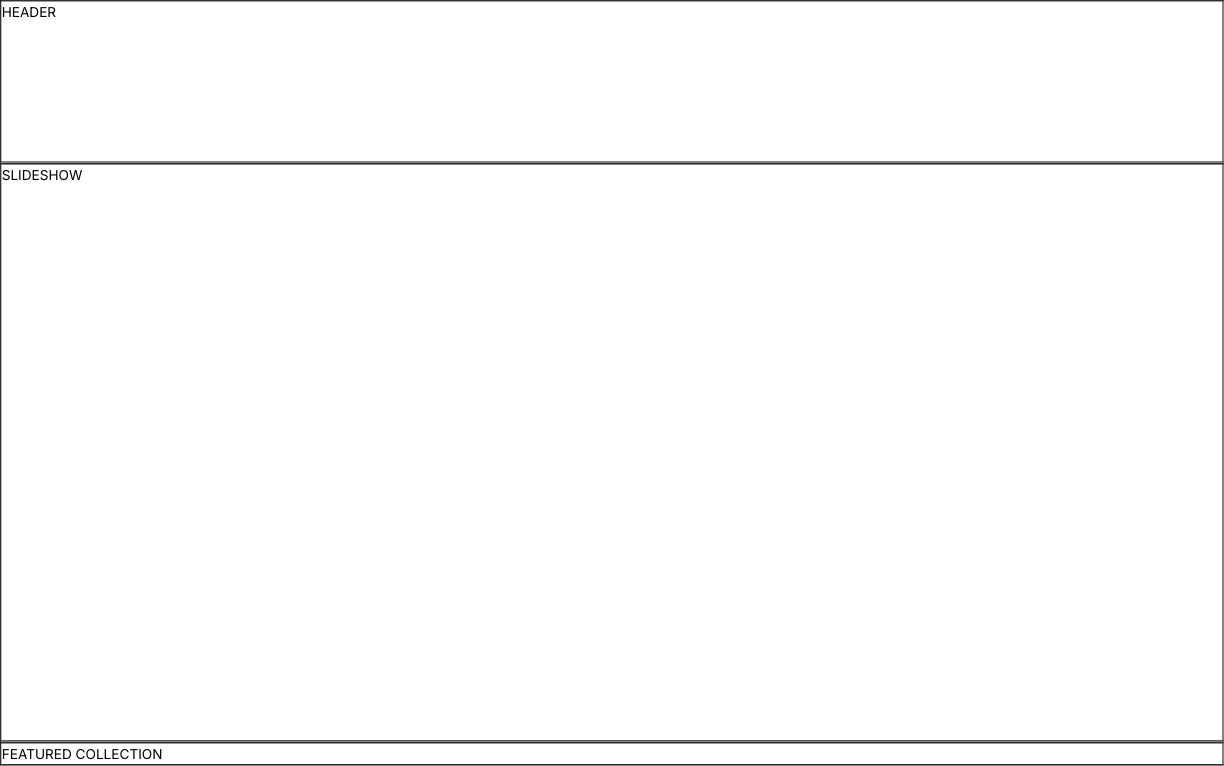
Repository: theophiloweb/landpage_disgital_store
Page: index.html
The author's editor kept a copy of each file at every save. The page is drawn from the files as they stood at one save, then again after the next save.
The browser window is 1280 px wide. The page is 1440 px wide, so the pictures cover 1440 px, including what lies to the right of the window. The pictures show the whole page, at 85% of full size.

Above is the page before, as saved 2025-04-23 09:04:52.

### index.html
<!DOCTYPE html>
<html lang="en">

<head>
    <meta charset="UTF-8">
    <meta name="viewport" content="width=device-width, initial-scale=1.0">
    <title>Document</title>
    <script src="https://cdn.jsdelivr.net/npm/@tailwindcss/browser@4"></script>
    <link rel="stylesheet" href="style.css">
    <link rel="shortcut icon" href="./images/logo.svg" type="image/x-icon">
</head>

<body>

    <!-- Container principal  -->
    <div class="container">

        <header>
            <p>HEADER</p>
        </header>
        <main>

            <aside>
                <section class="slideshow">
                    <p>SLIDESHOW</p>
                </section>

                <section class="featured_collection">
                    <p>FEATURED COLLECTION</p>
                    <div class="img_featured_collection">
                        <div class="img1"></div>
                        <div class="img2"></div>
                        <div class="img3"></div>
                    </div>

                </section>

            </aside>

        </main>
    </div>
</body>

</html>

### style.css
@import url('https://fonts.googleapis.com/css2?family=Inter:ital,opsz,wght@0,14..32,100..900;1,14..32,100..900&family=Oswald:wght@200..700&family=Roboto:ital,wght@0,100..900;1,100..900&display=swap');

:root{
    --color-dark: #1F1F1F;
    --dark-gray-1: #474747;
    --dark-gray-2: #666666;
    --light-gray-1:#8F8F8F;
    --light-gray-2: #CCCCCC;
    --light-gray-3: #F5F5F5;
    --white: #FFFFFF;
    --primary: #C92071;
    --secundary: #B5B6F2;
    --tTertiary: #991956;
    --error: #EE4266;
    --success: #52CA76;
    --warning: #F6AA1C;
    --primary-g: linear-gradient(top, #C92071 0%, #EDABCA 100%);
    --secondary-g: linear-gradient(top, #B5B6F2 0%, #EFEFFF 100%);
}

*{
    margin: 0;
    padding: 0;
    box-sizing: border-box;
    font-family: "Inter", sans-serif;
}

body{
    width: 100%;
    height: auto;
    display: grid;
    place-items: center;
    grid-template-columns: auto;
    grid-template-rows: auto;
}

.container{
    display: grid;
    grid-template-rows: 1fr;
    place-items: center;
    max-width: 1440px;

}

/* Header */
header{
    border: 2px groove var(--color-dark);
    width: 1440px;
    height: 192px;
}

/* Section Central Slideshow */
.slideshow{
    border: 2px groove var(--color-dark);
    width: 1440px;
    height: 681px;
}

/* Section Central featured_collection - Image */
.featured_collection{
    border: 2px groove var(--color-dark);
    max-width: 1440px;
}

.img_featured_collection{
    display: flex;
    gap: 10px;
}

.img_featured_collection .img1{
    width: 100%;
    height: 100%;
    border-radius: 8px;
    background-color: var(--dark-gray-1);
}

After the next save:
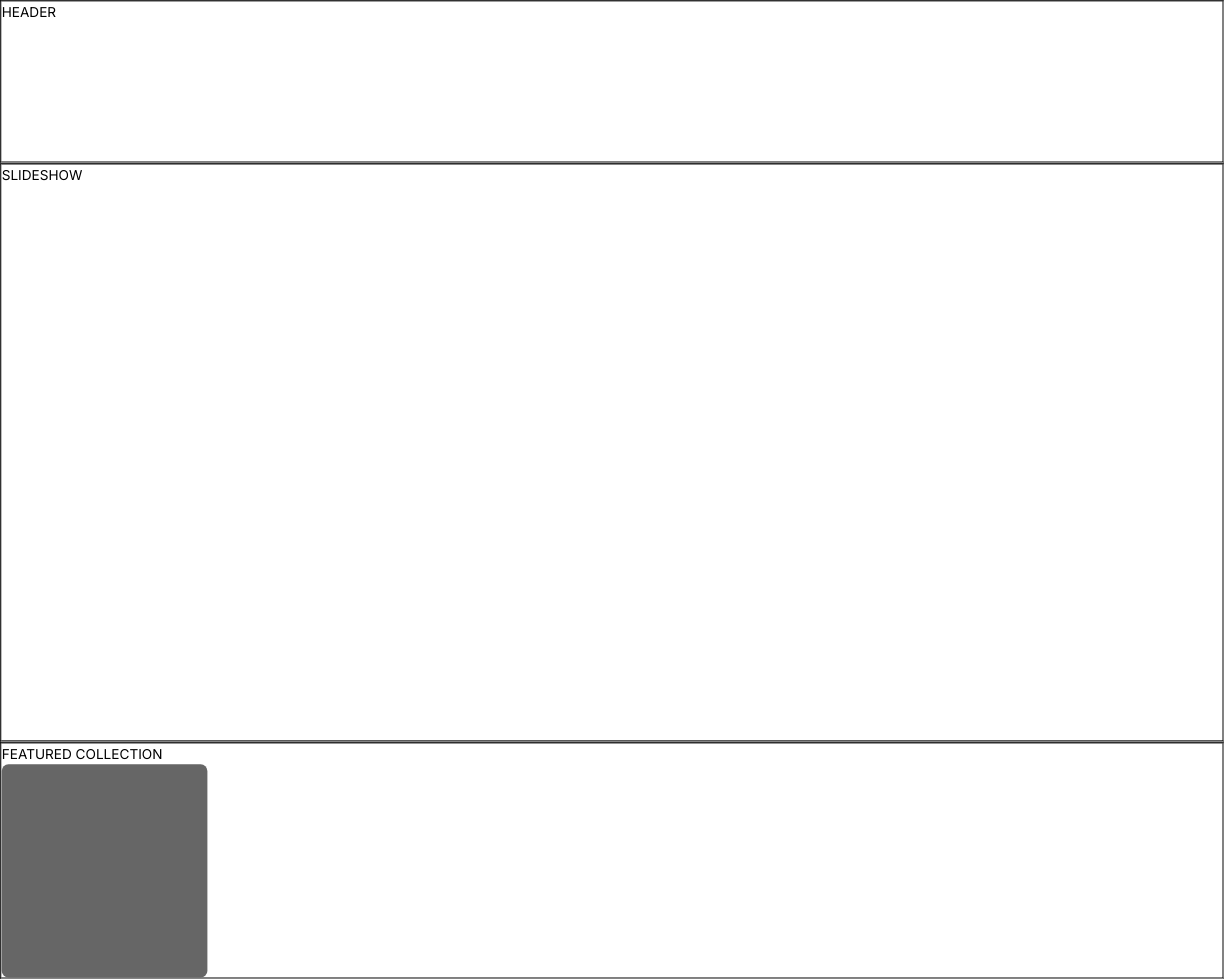
Saved 48 s later.
--- a/style.css
+++ b/style.css
@@ -68,8 +68,8 @@
 }
 
 .img_featured_collection .img1{
-    width: 100%;
-    height: 100%;
+    width: 242px;
+    height: 251px;
     border-radius: 8px;
-    background-color: var(--dark-gray-1);
+    background-color: var(--dark-gray-2);
 }

After the save that followed:
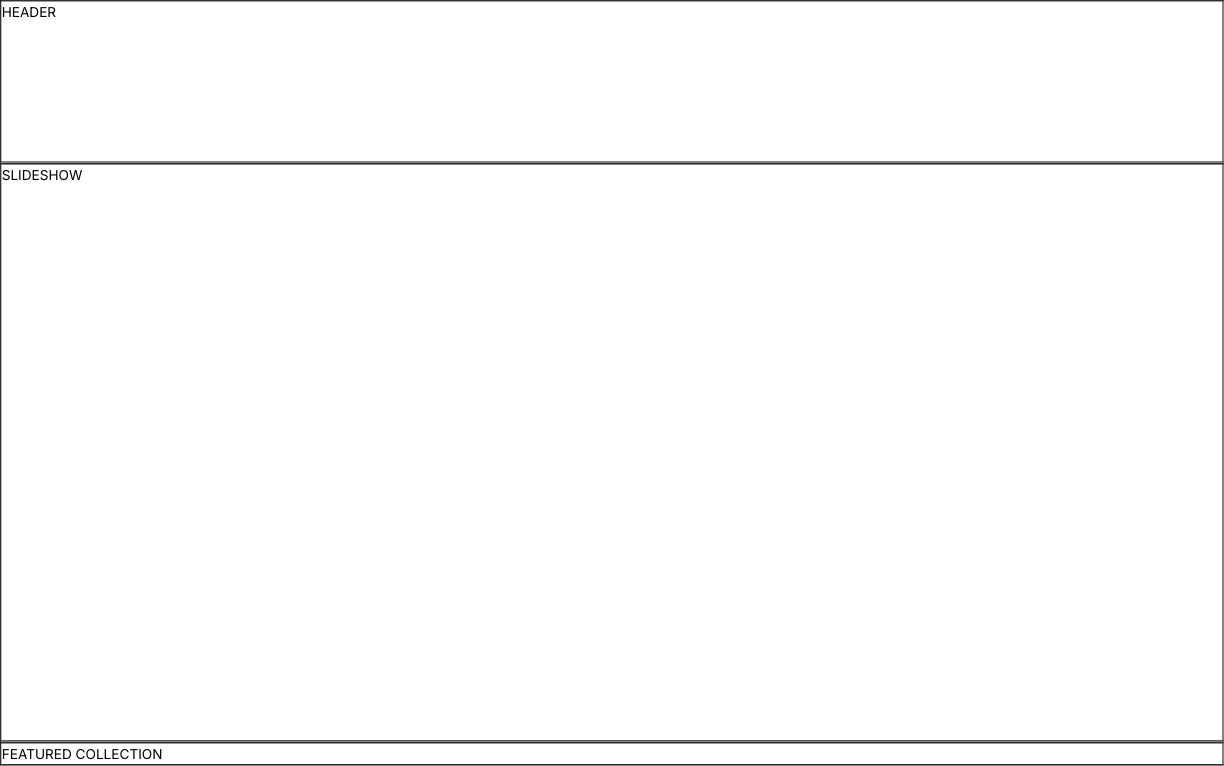
Saved 26 s later.
--- a/style.css
+++ b/style.css
@@ -67,7 +67,7 @@
     gap: 10px;
 }
 
-.img_featured_collection .img1{
+.img_featured_collection .img1 .img2 .img3{
     width: 242px;
     height: 251px;
     border-radius: 8px;
